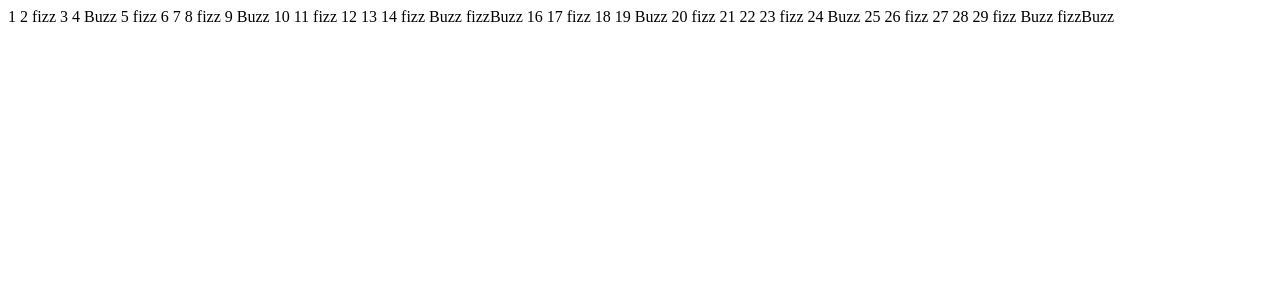
Repository: kazyakuma/Samurai_JS
Page: http://localhost/php/for.php
The author's editor kept a record of every edit. The page is drawn from the files as they stood at one moment, then again after the next edit.
The browser window is 1280 px wide. The pictures show the whole page.
The page is run by PHP 8.4 with error messages shown; the project is at /var/www/html/.

Above is the page before.

### php/for.php
<?php
/*
for($i = 1; $i <= 10; $i++){
    print("hello"."\n");
}

$animals = ["dog", "cat", "bird"];
foreach($animals as $animal){
    print($animal."\n");
}

*/

/*演習*/
for($i = 1; $i <=30; $i++){
    if($i % 3 == 0){
        print("fizz"."\n");
    }
    if($i % 5 == 0){
        print("Buzz"."\n");
    }
    if($i % 5 == 0 && $i % 3 == 0){
        print("fizzBuzz"."\n");
    }
    else{
        print($i."\n");
    }
}

?>

After the next edit:
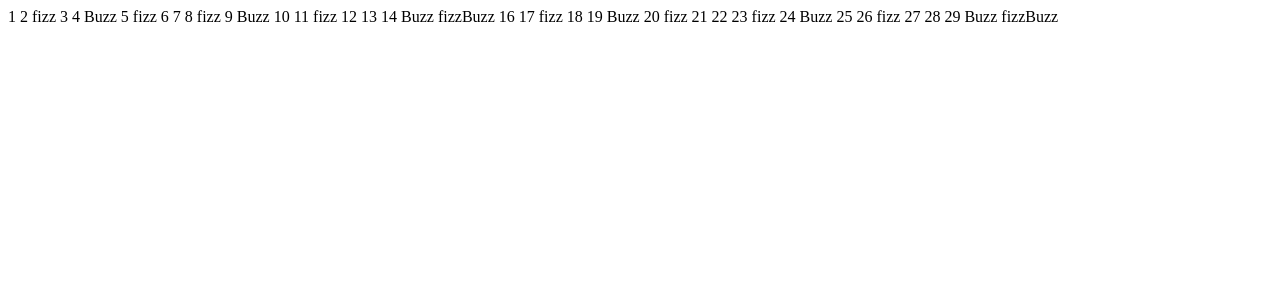
The edit:
--- a/php/for.php
+++ b/php/for.php
@@ -13,7 +13,7 @@
 
 /*演習*/
 for($i = 1; $i <=30; $i++){
-    if($i % 3 == 0){
+    if($i % 3 == 0 && $i % 5 != 0){
         print("fizz"."\n");
     }
     if($i % 5 == 0){
